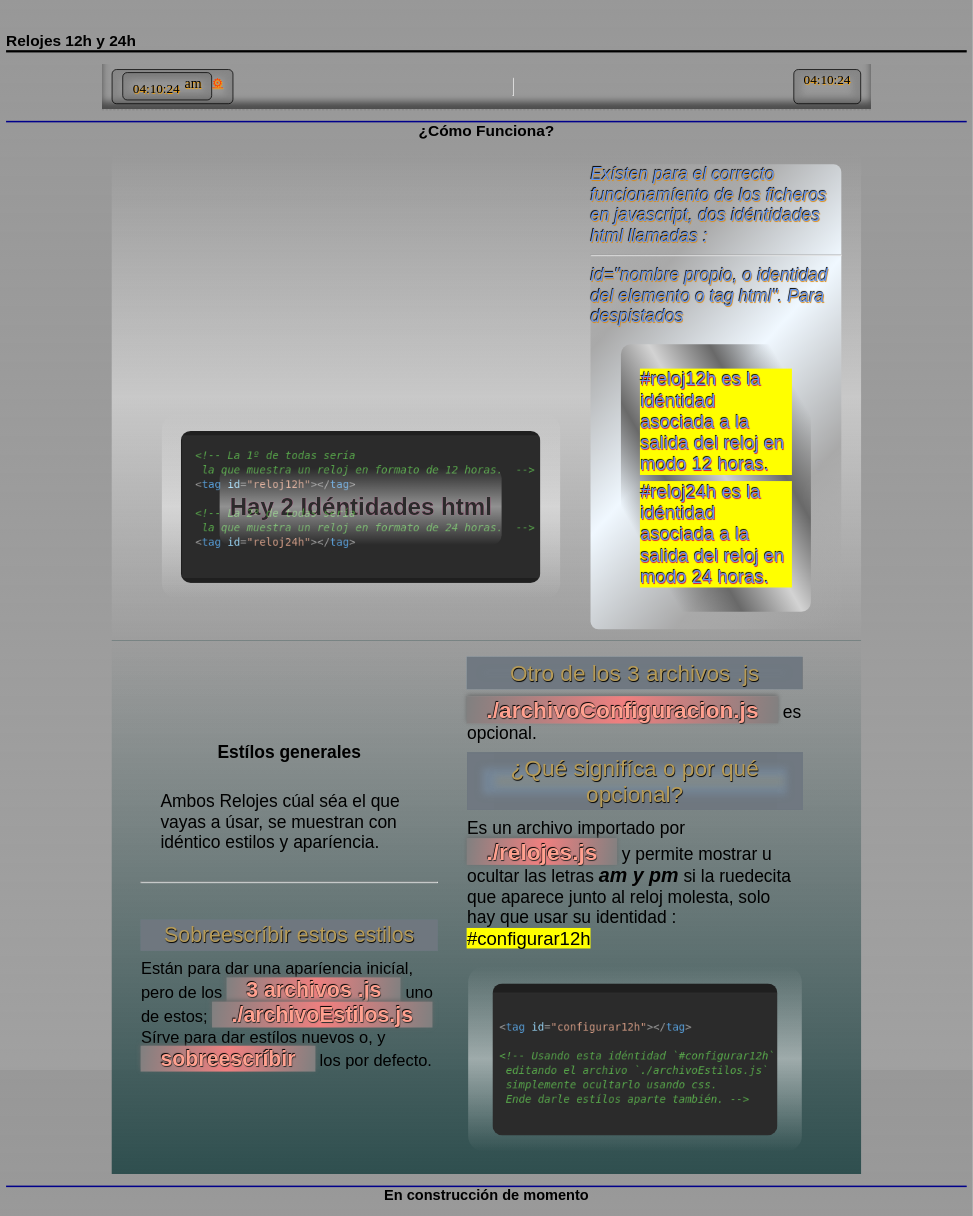
Repository: marcostonfor/clocks
Page: index.html
The author's editor kept a copy of each file at every save. The page is drawn from the files as they stood at one save, then again after the next save.
The browser window is 1280 px wide. The pictures show the whole page, at 76% of full size.
Some web fonts or font styles are not loaded; a fallback is used.

Above is the page before, as saved 2024-09-19 04:16:33.

After the next save:
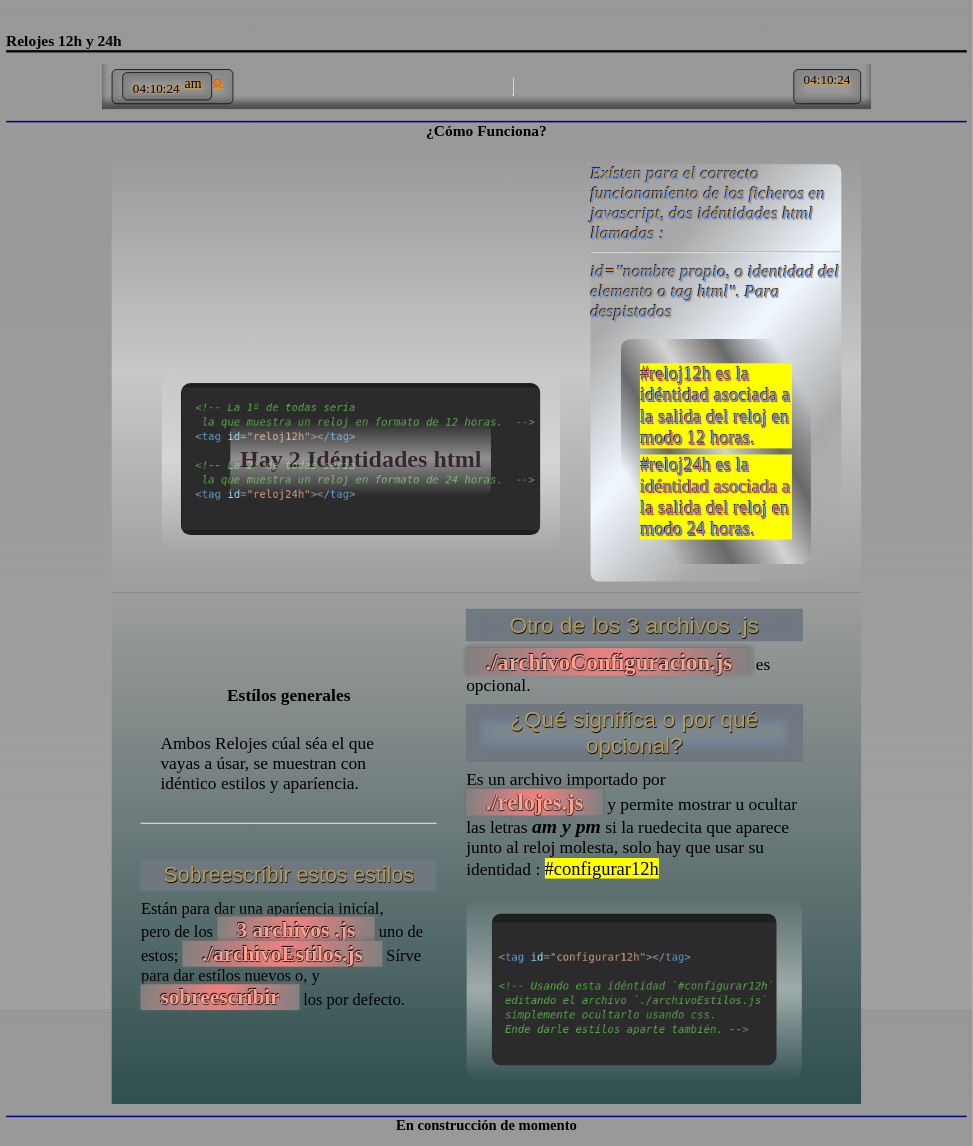
Saved 52 s later.
--- a/index.html
+++ b/index.html
@@ -19,7 +19,7 @@
 
         body {
             background-image: repeating-linear-gradient(0deg, hsla(0, 0%, 41%, 0.63) 12%, hsla(0, 0%, 0%, 0.404));
-            font-family: 'i Ichimaru', sans-serif;
+            /* font-family: 'i Ichimaru', sans-serif; */
         }
 
         h1 {
